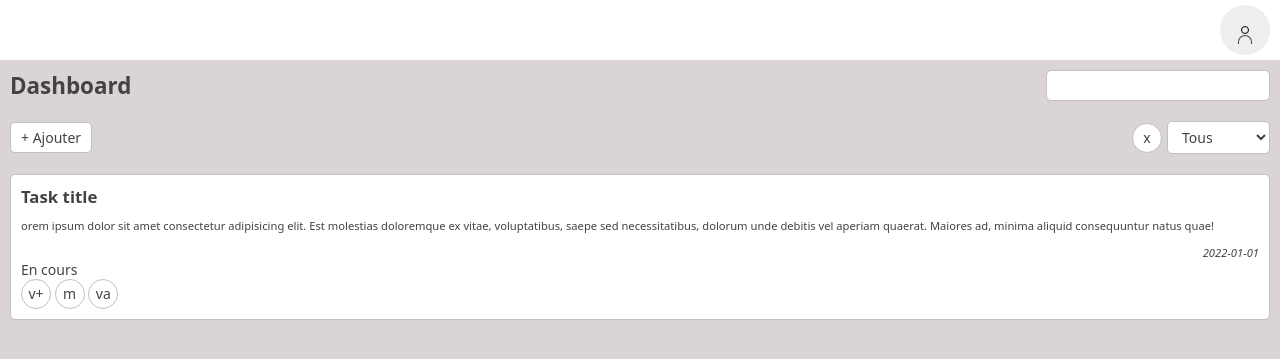
Repository: zpaulange/task_manager
Page: dashboard/index.html
An editor plug-in stored every save of this project. The page is shown before and after the next save, followed by the edit.
The browser window is 1280 px wide. The pictures show the whole page.

Above is the page before, as saved 2025-03-06 15:28:26.

### dashboard/index.html
<!DOCTYPE html>
<html lang="en">
<head>
    <meta charset="UTF-8">
    <meta name="viewport" content="width=device-width, initial-scale=1.0">
    <link rel="stylesheet" href="../assets/styles/dashboard/style.css">
    <title>Document</title>
</head>
<body>
  <section class="dashboard">
    <div class="dashboard_right">
      <nav class="dashbaord_nav">
        <a href="#" class="dashbaord_nav_avatar">
          <span></span>
        </a>
      </nav>
      <main class="main">
        <div class="main_header">
          <h1 class="main_header_title">Dashboard</h1>
          <input type="search" name="search" class=" main_header_search">
        </div>
        <div class="main_header_actions">
          <div class="main_header_actions_left">
            <button class="main_header_actions_btn">+ Ajouter</button>
          </div>
          <div class="main_header_actions_right">
            <button class="main_header_actions_right_btnDel rounded-btn del">x</button>
            <select name="filter" class="main_header_actions_right_filter" id="">
              <option value="0">Tous</option>
              <option value="1">En cours</option>
              <option value="2">Annulés</option>
              <option value="3">Terminés</option>
            </select>
          </div>
        </div>
        <section class="main-task">
          <div class="main-task__content">
            <div class="main-task__content-item">
              <div class="main-task__content-item__title">
                Task title
              </div>
              <p class="main-task__content-item__desc">
                orem ipsum dolor sit amet consectetur adipisicing elit. Est molestias doloremque ex vitae, voluptatibus, saepe sed necessitatibus, dolorum unde debitis vel aperiam quaerat. Maiores ad, minima aliquid consequuntur natus quae!
              </p>
              <div class="main-task__content-item__date">
                2022-01-01
              </div>
              <div class="main-task__content-item__actions">
                <span class="main-task__content-item__actions_status">
                  En cours
                </span>
                <div>
                  <button class="rounded-btn see-more">v+</button>
                  <button class="rounded-btn modify">m</button>
                  <button class="rounded-btn validate">va</button>
                </div>
            </div>
            <!-- <section class="box box-center">
              <h1>Aucune tache disponible...</h1>
            </section> -->
          </div>

        </section>
      </main>
    </div>
  </section>

</body>
</html>

### assets/styles/dashboard/style.css
*{
  margin:0;
  padding:0;
  box-sizing: border-box;
  position:relative;
  font-family: system-ui, sans-serif;
  font-size: 14px;
  color:#434343;
}
body{
  overflow-x: hidden;
}
a{
  text-decoration: none;
}
a:active, a:hover{
  color:#434343;
}
img{
  width: 100%;
  height: auto;
}
ul li{
  list-style: none;
}
input[type="search"],
input[type="text"],
input[type="date"]{
  padding:5px 10px;
  border-radius:5px;
  border:1px solid silver
}
input:focus, select:focus{
  outline: none;
}

.dashboard{
  min-height: 100vh;
  background-color: #dbd4d4;
}

.dashboard_right{
  min-height: 100vh;
}
.dashbaord_nav{
  background-color: #fff;
  padding:5px 10px;
  display: flex;
  align-items:center;
  justify-content: flex-end;
  z-index: 1000;
  position: sticky;
  top:0;
  left:0;
}
.dashbaord_nav_avatar{
  display: flex;
  align-items: center;
  justify-content: center;
  height:50px;
  width: 50px;
  border-radius:50%;
  background-color: #eee;

}
.dashbaord_nav_avatar span{
  display: inline-block;
  height: 8px;
  width: 8px;
  border-radius:50%;
  border:1px solid #000
}
.dashbaord_nav_avatar span:before{
  content:'';
  position: absolute;
  height: 8px;
  width: 12px;
  border:1px solid;
  left:50%;
  transform: translateX(-50%);
  top:8px;
  border-bottom: none;
  border-top-left-radius: 10px;
  border-top-right-radius: 10px;
}

.main{
  padding:10px;
}
.main_header_title{
  font-size: 1.6rem;
}
.box{
  min-height: calc(100vh - 180px);
  background-color: #fff;
  border-radius:5px;
  padding:10px;
  margin-top:20px
}
.box.box-center{
  display: flex;
  align-items:center;
  justify-content: center;
}

.main_header{
  display: flex;
  justify-content: space-between;
  align-items:center;
  margin-bottom:20px;
}
.main_header_actions{
  display: flex;
  justify-content: space-between;
  align-items:center;
}
.main_header_actions_btn{
  padding:5px 10px;
  border-radius:5px;
  border:1px solid silver;
  background-color: #fff;
  cursor: pointer;
  transition: .2s;
}
.main_header_actions_btn:hover{
  background-color:blue;
  color:#fff;
}
.main_header_actions_right{
  display: flex;
  align-items:center;
  gap:5px;
}
.rounded-btn{
  border-radius:50%;
  border:1px solid silver;
  background-color: #fff;
  cursor: pointer;
  transition: .2s;
  cursor:pointer;
  width: 30px;
  height: 30px;
}
.rounded-btn.del:hover{
  background-color:red;
  color:#fff;
}
.main_header_actions_right_filter{
  padding:5px 10px;
  border-radius:5px;
  border:1px solid silver;
  background-color: #fff;
}

.main-task__content{
  margin-top:20px;
}
.main-task__content-item{
  background-color:#fff;
  padding:10px;
  border-radius:5px;
  border:1px solid silver
}
.main-task__content-item__title{
  font-size: 1.2rem;
  font-weight: 600;
}
.main-task__content-item__desc{
  font-size: .8rem;
  line-height: 1.2rem;
  margin-top:10px;
  margin-bottom:10px;
}
.main-task__content-item__date{
  font-size: .8rem;
  text-align: right;
  font-style: italic;
}

After the next save:
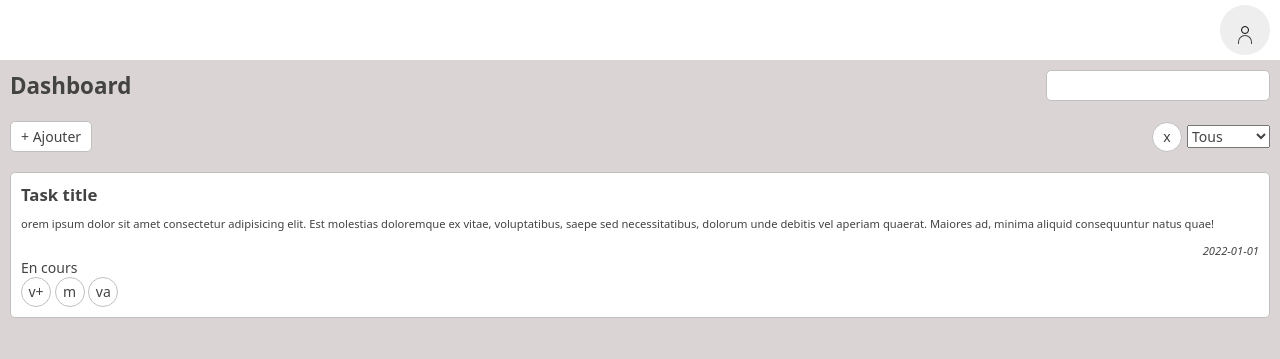
Saved 12 s later.
--- a/assets/styles/dashboard/style.css
+++ b/assets/styles/dashboard/style.css
@@ -145,6 +145,7 @@
   background-color:red;
   color:#fff;
 }
+.rounded-btn.
 .main_header_actions_right_filter{
   padding:5px 10px;
   border-radius:5px;

After the save that followed:
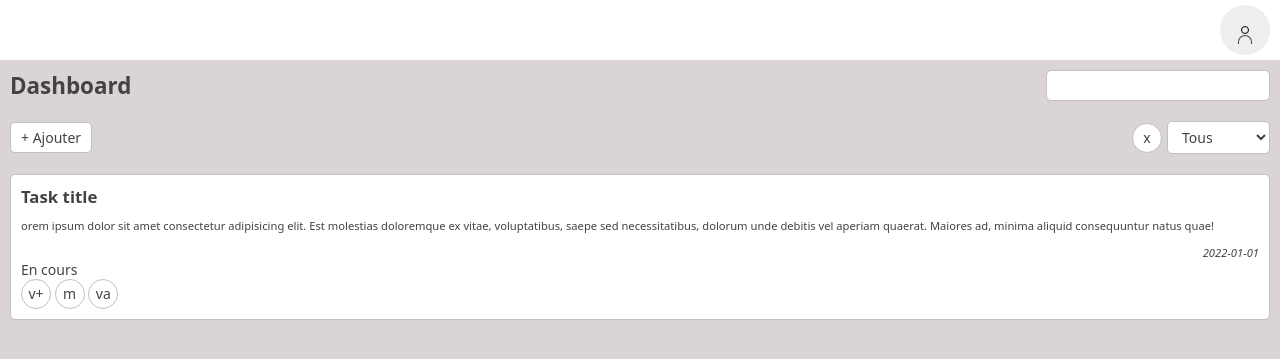
Saved 8 s later.
--- a/assets/styles/dashboard/style.css
+++ b/assets/styles/dashboard/style.css
@@ -145,7 +145,18 @@
   background-color:red;
   color:#fff;
 }
-.rounded-btn.
+.rounded-btn.see-more:hover{
+  background-color:blue;
+  color:#fff;
+}
+.rounded-btn.modify:hover{
+  background-color:yellow;
+  color:#fff;
+}
+.rounded-btn.validate:hover{
+  background-color:green;
+  color:#fff;
+}
 .main_header_actions_right_filter{
   padding:5px 10px;
   border-radius:5px;
